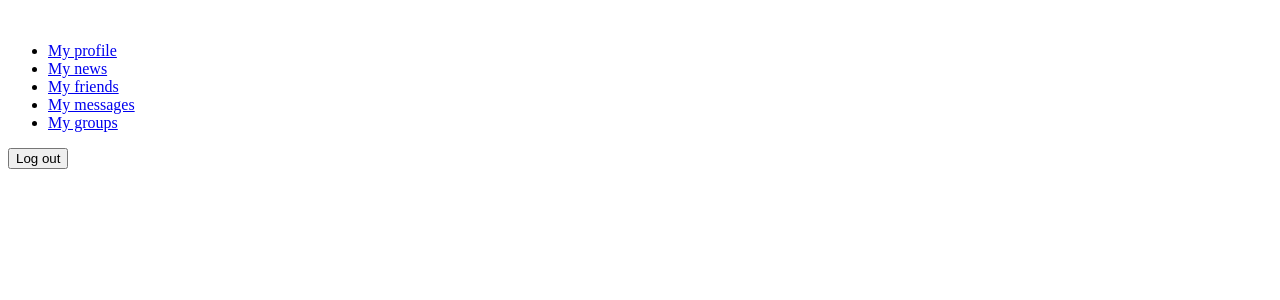
Repository: aziza-kamet/comet-a
Page: http://localhost/templates/menu_bar_log.php
The author's editor kept a record of every edit. The page is drawn from the files as they stood at one moment, then again after the next edit.
The browser window is 1280 px wide. The pictures show the whole page.
The page is run by PHP 8.4 with error messages shown; the project is at /var/www/html/.

Above is the page before.

### templates/menu_bar_log.php
<nav class="navbar navbar-default navbar-fixed-top" >
  <div class="container-fluid">
    <div class="row">
        <div class="col-md-4">
            <div class="navbar-header ">
              <a class="navbar-brand" href="?page=auth" style="color:#ffffff">Comet-A</a>
            </div>
        </div>
        <div class="col-md-6">
            <ul class="nav navbar-nav" >
                <li <?php if(isset($_GET['page'])){if($_GET['page']==my_profile){?>class="active"<?php }}?> ><a href="?page=my_profile">My profile</a></li>
                <li <?php if(isset($_GET['page'])){if($_GET['page']==news){?>class="active"<?php }}?>><a href="?page=news">My news</a></li>
                <li <?php if(isset($_GET['page'])){if($_GET['page']==friends){?>class="active"<?php }}?>><a href="?page=friends">My friends</a></li>
                <li <?php if(isset($_GET['page'])){if($_GET['page']==messages){?>class="active"<?php }}?>><a href="?page=messages">My messages</a></li>
                <li <?php if(isset($_GET['page'])){if($_GET['page']==my_groups){?>class="active"<?php }}?>><a href="?page=my_groups">My groups</a></li>
            </ul>
        </div>
        <div class="col-md-2">
            <form action="?act=log_out" method="post">
              <input type="submit" class="btn btn-link" value="Log out">
            </form>
        </div>
    </div>

  </div>
</nav><br><br><br>

After the next edit:
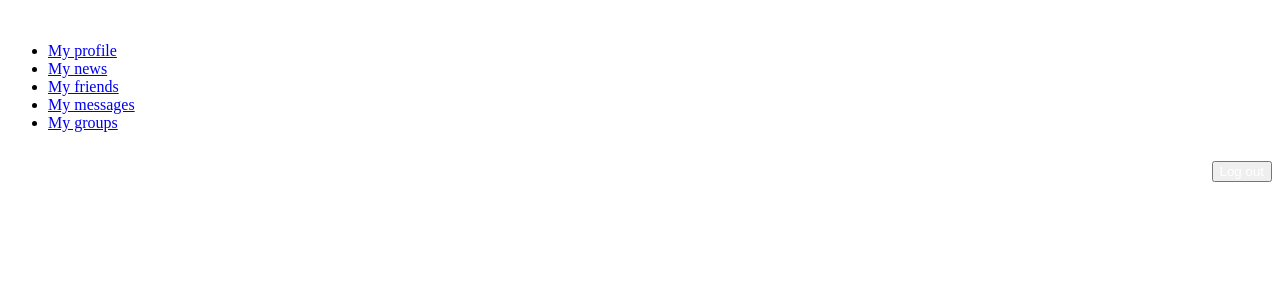
The edit:
--- a/templates/menu_bar_log.php
+++ b/templates/menu_bar_log.php
@@ -16,8 +16,8 @@
             </ul>
         </div>
         <div class="col-md-2">
-            <form action="?act=log_out" method="post">
-              <input type="submit" class="btn btn-link" value="Log out">
+            <form action="?act=log_out" method="post" style="padding-top:13px; float:right;">
+              <input type="submit" class="btn btn-link" value="Log out" style="color:#ffffff;">
             </form>
         </div>
     </div>
